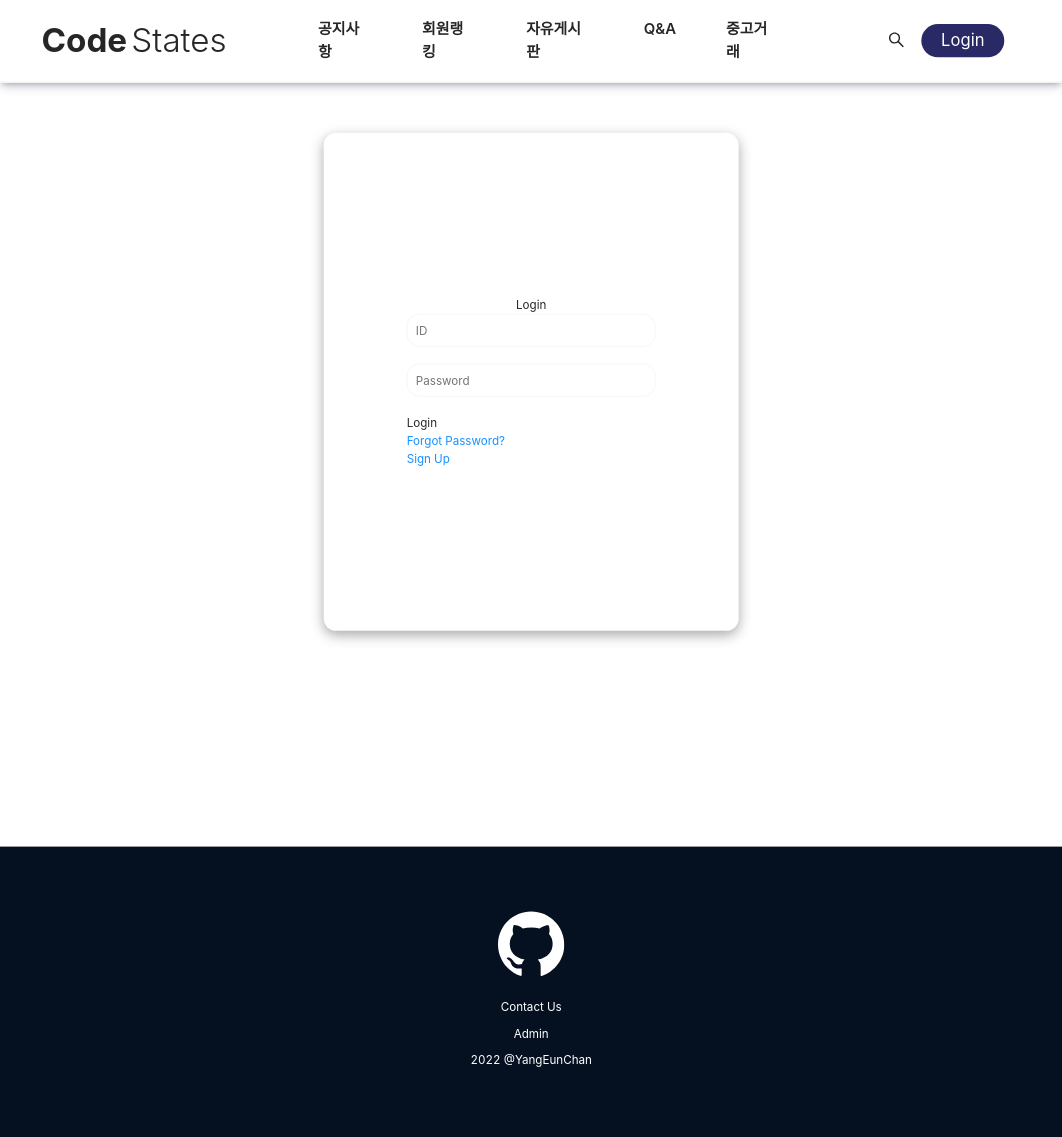
Repository: yangddoddi/devillage-front
Page: /login
These files come from the project's save history. The page is drawn as it stood at one moment and after the next save; the edit follows.
The browser window is 1280 px wide. The pictures show the whole page, at 83% of full size.
The project was rebuilt for these pictures with package versions that can differ from the ones it lists, and the page was loaded fresh each time. Also part of the build but not shown: src/components/searchBox/SearchBox.module.scss, src/components/searchBox/SearchBox.js, src/components/posts/PostItem.module.scss, src/components/posts/PostItem.js, src/page/main/Main.module.scss, src/page/main/Main.js.

Above is the page before, as saved 2022-09-17 00:58:29.

### src/index.css
body {
  box-sizing: border-box;
  height: 100%;
  margin: 0;
  font-family: -apple-system, BlinkMacSystemFont, 'Segoe UI', 'Roboto', 'Oxygen',
    'Ubuntu', 'Cantarell', 'Fira Sans', 'Droid Sans', 'Helvetica Neue',
    sans-serif;
  -webkit-font-smoothing: antialiased;
  -moz-osx-font-smoothing: grayscale;
}

code {
  font-family: source-code-pro, Menlo, Monaco, Consolas, 'Courier New',
    monospace;
}

### src/App.js
import logo from "./logo.svg";
import "./App.scss";
import { RouterConfig } from "./router/RouterConfig";
import { Header } from "./components/header/Header";
import { Footer } from "./components/footer/Footer";
import "antd/dist/antd.css";

function App() {
  return (
    <>
      <Header />
      <RouterConfig />
      <Footer />
    </>
  );
}

export default App;

### src/App.scss

#root, html, body {
    width: 100%;
    height: 100%;
    margin: 0px;
    padding: 0px;
}

### src/router/RouterConfig.js
import { BrowserRouter, Routes, Route } from "react-router-dom";
import { Header } from "../components/header/Header";
import { Main } from "../page/main/Main";
import { Footer } from "../components/footer/Footer";
import { Login } from "../page/login/Login";

export const RouterConfig = () => {
  return (
    <BrowserRouter>
      <Routes>
        <Route path="/*" element={<Main />} />
        <Route path="/login" element={<Login />} />
      </Routes>
    </BrowserRouter>
  );
};

### src/components/header/Header.js
import React from "react";
import { useEffect, useState } from "react";
import styles from "./Header.module.scss";
import { SearchOutlined } from "@ant-design/icons";
import { SearchBox } from "../searchBox/SearchBox";

export const Header = () => {
  const [searchBox, setSearchBox] = useState(false);
  const onClickHandler = () => {
    setSearchBox(!searchBox);
  };

  return (
    <>
      <nav className={styles.nav}>
        <div className={styles.logo}>
          Code<span>States</span>
        </div>
        <ul className={styles.list}>
          <li className={styles.listItem}>공지사항</li>
          <li className={styles.listItem}>회원랭킹</li>
          <li className={styles.listItem}>자유게시판</li>
          <li className={styles.listItem}>Q&A</li>
          <li className={styles.listItem}>중고거래</li>
        </ul>
        <div className={styles.searchAndLogin}>
          <div className={styles.searchLogo} onClick={onClickHandler}>
            <SearchOutlined />
          </div>
          <button className={styles.loginBtn}>Login</button>
        </div>
      </nav>
      {searchBox ? <SearchBox /> : null}
    </>
  );
};

### src/components/footer/Footer.js
import styles from "./Footer.module.scss";
import { GithubOutlined } from "@ant-design/icons";

export const Footer = () => {
  return (
    <footer className={styles.footer}>
      <GithubOutlined className={styles.icon} />
      <p>Contact Us</p>
      <p>Admin</p>
      <p>2022 @YangEunChan</p>
    </footer>
  );
};

### src/page/login/Login.js
import styles from "./Login.module.scss";

export const Login = () => {
  return (
    <div>
      <div className={styles.loginContainer}>
        <div className={styles.loginBox}>
          <div className={styles.loginTitle}>Login</div>
          <div className={styles.loginInput}>
            <input type="text" placeholder="ID" /> <br />
            <input type="password" placeholder="Password" />
            <div className={styles.loginBtn}>Login</div>
            <div className={styles.loginLink}>
              <a href="#">Forgot Password?</a>
              <br />
              <a href="#">Sign Up</a>
            </div>
          </div>
        </div>
      </div>
    </div>
  );
};

### src/components/header/Header.module.scss

.nav {
    background-color:rgba(255,255,255,0.1);
    width: 100%;
    height: 100px;
    display: flex;
    justify-content: center;
    align-items: center;
    position: relative;
    justify-content:space-between;
    border-bottom: 2px solid;
    border-color: whitesmoke;

    box-shadow: rgba(50, 50, 93, 0.25) 0px 6px 12px -2px, rgba(0, 0, 0, 0.3) 0px 3px 7px -3px;
}



.logo {
    padding: 50px;
    font-size: 40px;
    font-weight: bold;
    cursor:pointer;

    span {
        font-weight: 300;
        margin-left: 5px;
    }
}

.list {
    display: flex;
    list-style: none;
    margin: 10px;
    padding: 20px;
    font-size: 18px;
    font-weight: 600;

    li {
        margin: 10px;
        padding: 20px;
        cursor:pointer;

        &:hover {
            color: #292965;
            font-size: 25px;
            border-radius: 15px;
            transition: all 400ms;
        }
    }
}

.searchAndLogin {
    display: flex;
    align-items: center;
    padding: 70px;
    font-size: 20px;

    .loginBtn {
        background-color: #292965;
        color: white;
        width: 100px;
        height: 40px;
        border-radius: 30px;
        outline: none;
        border: none;
        cursor: pointer;
    }

    .searchLogo {
        cursor: pointer;
        margin-right: 20px;

    }
}

.searchBox {
    width: 100%;

    input {
        margin: auto;
        width: 100%;
        height: 50px;
        border: lightgray 2px solid;
        text-align: center;
        font-size: 30px;
        margin-bottom: 1px;
    }
}

### src/components/footer/Footer.module.scss

.footer {
    margin-top: 200px;
    width: 100%;
    height: 350px;
    background-color: rgb(5 17 32);
    display: flex;
    justify-content: center;
    align-items: center;
    flex-direction: column;
    color: white;

    p {
        cursor:pointer;
        margin: 5px;
    }
}

.icon {
    color: white;
    font-size: 80px;
    margin-bottom: 20px;
    cursor: pointer;
}

### src/page/login/Login.module.scss

.loginContainer {
    display: flex;
    flex-direction: column;
    align-items: center;
    justify-content: center;
    height: 100vh;
    width: 100vw;
    background-color: white;
}

.loginBox {
    display: flex;
    flex-direction: column;
    align-items: center;
    justify-content: center;
    width: 500px;
    height: 600px;
    background-color: white;
    border-radius: 15px;
    box-shadow: rgba(0, 0, 0, 0.35) 0px 5px 15px;
}

.loginBox_top {
    display: flex;
    flex-direction: column;
    align-items: center;
    justify-content: center;
    width: 100%;
    height: 50%;
    border-bottom: 1px solid;
    border-color: #f5f5f5;
}

.loginInput input {
    width: 300px;
    height: 40px;
    border: 1px solid;
    border-color: #f5f5f5;
    border: 1px solid whitesmoke;
    border-radius: 15px;
    padding: 10px;
    margin-bottom: 20px;
}


.loginBox_bottom {
    display: flex;
    flex-direction: column;
    align-items: center;
    justify-content: center;
    width: 100%;
    height: 50%;
}

Loaded but not shown: public/index.html (common file); src/index.js (common file); src/reportWebVitals.js (common file)

After the next save:
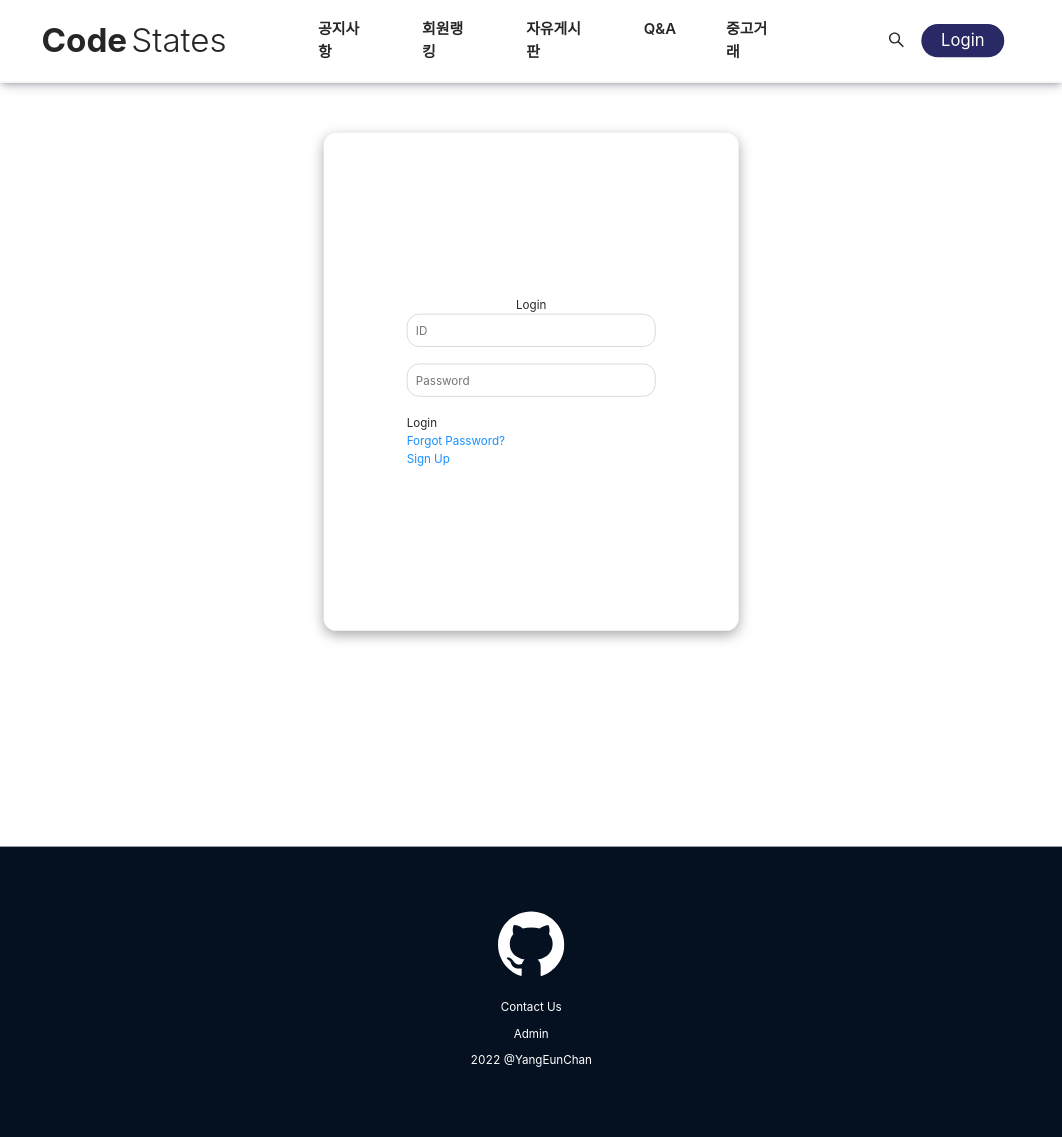
Saved 6 s later.
--- a/src/page/login/Login.module.scss
+++ b/src/page/login/Login.module.scss
@@ -37,7 +37,7 @@
     height: 40px;
     border: 1px solid;
     border-color: #f5f5f5;
-    border: 1px solid whitesmoke;
+    border: 1px solid lightgray;
     border-radius: 15px;
     padding: 10px;
     margin-bottom: 20px;
